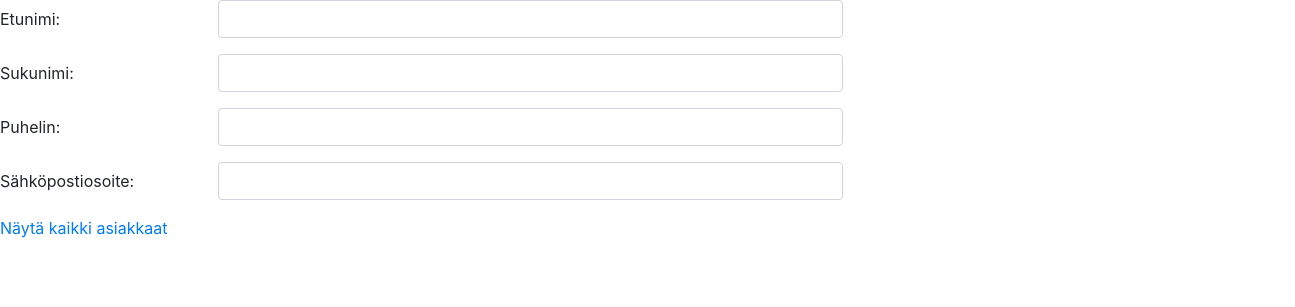
Repository: sarastu5/javaohjelmointi
Page: http://localhost/AsiakkaatWeb/lisaaasiakas.jsp
These files come from the project's save history. The page is drawn as it stood at one moment and after the next save; the edit follows.
The browser window is 1280 px wide. The page is 1295 px wide, so the pictures cover 1295 px, including what lies to the right of the window. The pictures show the whole page.
Some web libraries are served in a nearby version. The page is served by Tomcat 9. The session is filled in as if someone had signed in: {"kayttaja": 1}.

Above is the page before, as saved 2018-05-04 18:43:16.

After the next save:
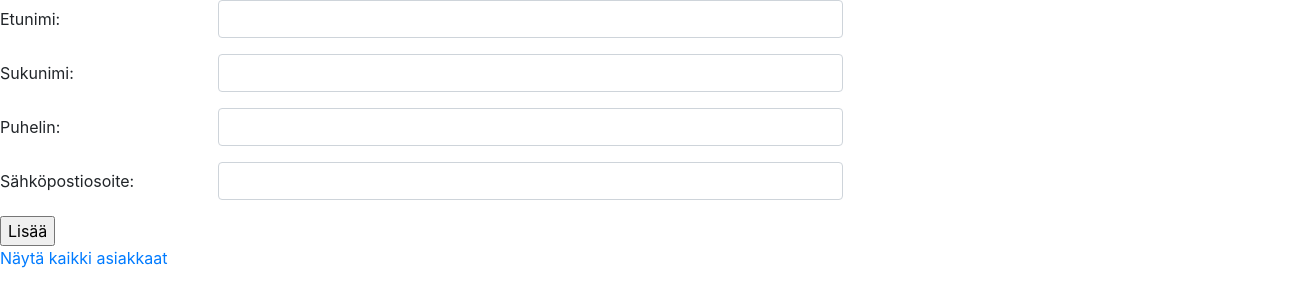
Saved 38 s later.
--- a/Java EE/AsiakkaatWeb/WebContent/lisaaasiakas.jsp
+++ b/Java EE/AsiakkaatWeb/WebContent/lisaaasiakas.jsp
@@ -38,6 +38,10 @@
 	      		<input type="text" class="form-control" name="sposti" id="sposti">
 	    	</div>
   		</div>
+
+  		<tr>
+				<td colspan="2"><input type="submit" value="Lisää"></td>
+			</tr>
 	</form>
 
 
